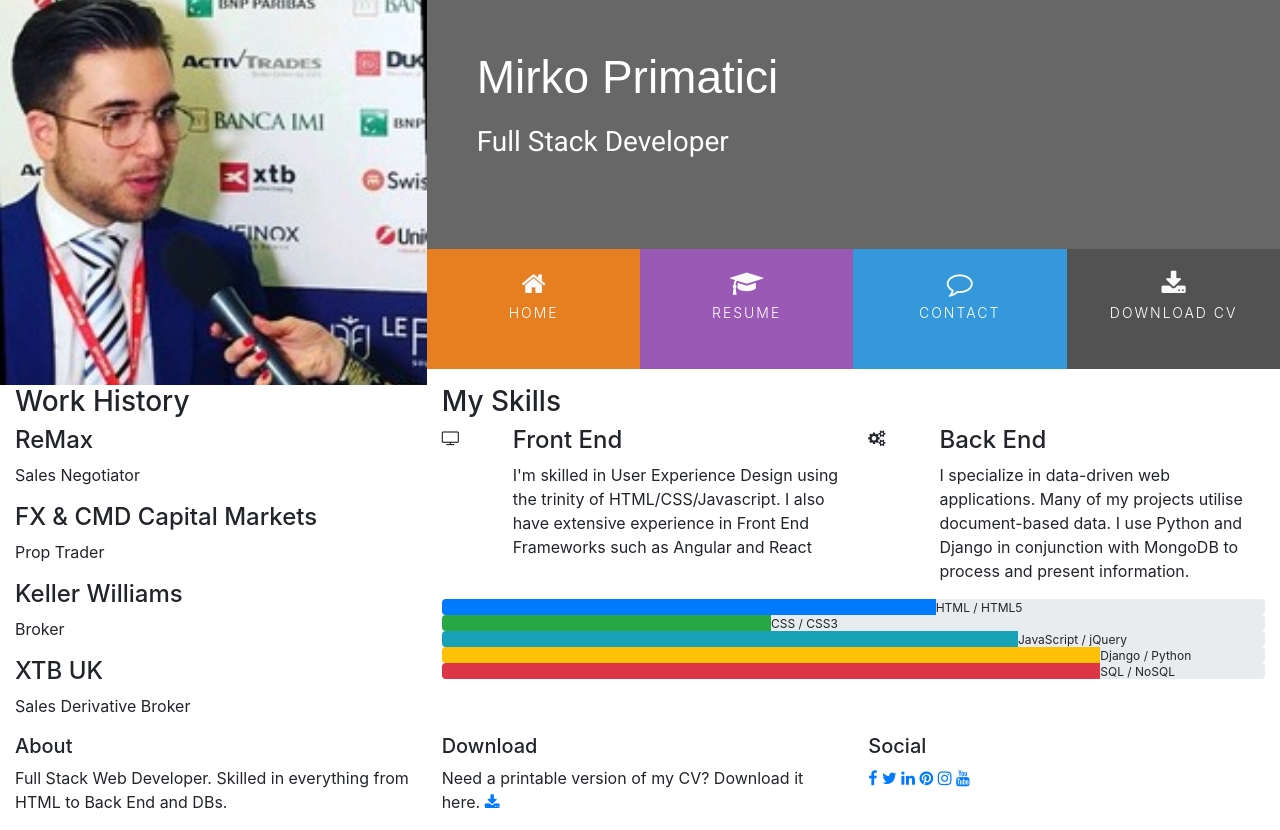
Repository: mirkoprimaticix/Resume
Page: resume.html
The author's editor kept a record of every edit. The page is drawn from the files as they stood at one moment, then again after the next edit.
The browser window is 1280 px wide. The pictures show the whole page.
Some web libraries are served in a nearby version.

Above is the page before.
Console error: TypeError: Cannot read properties of undefined (reading 'fn')

### resume.html
<!DOCTYPE html>
<html lang="en">
<head>
    <meta charset="UTF-8">
    <meta name="viewport" content="width=device-width, initial-scale=1.0">
    <meta http-equiv="X-UA-Compatible" content="ie=edge">
    <link rel="stylesheet" href="https://stackpath.bootstrapcdn.com/bootstrap/4.3.1/css/bootstrap.min.css" integrity="sha384-ggOyR0iXCbMQv3Xipma34MD+dH/1fQ784/j6cY/iJTQUOhcWr7x9JvoRxT2MZw1T" crossorigin="anonymous">
    <script src="https://stackpath.bootstrapcdn.com/bootstrap/4.3.1/js/bootstrap.min.js" integrity="sha384-JjSmVgyd0p3pXB1rRibZUAYoIIy6OrQ6VrjIEaFf/nJGzIxFDsf4x0xIM+B07jRM" crossorigin="anonymous"></script>
    <link rel="stylesheet" href="https://stackpath.bootstrapcdn.com/font-awesome/4.7.0/css/font-awesome.min.css" type="text/css" />
    <link rel="stylesheet" href="https://cdnjs.cloudflare.com/ajax/libs/hover.css/2.1.1/css/hover-min.css" type="text/css" />
    <link rel="stylesheet" href="assets/css/style.css" type="text/css" />
    <title>Mirko</title>
</head>
<body>
    <header>
        <div class = "row no-gutters">
            <a href="index.html" class = "col-md-4 logo">

            </a>
            <div class="col-md-8">
                <div class="row no-gutters bg-color-name-title">
                    <div class="col heading">
                        <h1 class="name">Mirko Primatici</h1>
                        <h2 class="title"> Full Stack Developer</h2>
                    </div>
                </div>
                <div class="row no-gutters">
                    <div class="col">
                        <ul id="nav" class="list-inline menucontainer">
                            <li class="col-6 col-sm-3 list-inline-item ui-menu-color-home menuitem">
                                <a href="#" class="hvr-sweep-to-bottom"><i class="fa fa-home" aria-hidden="true"></i><span>Home</span></a>
                            </li>
                            <li class="col-6 col-sm-3 list-inline-item ui-menu-color-resume menuitem">
                                <a href="#" class="hvr-sweep-to-bottom"><i class="fa fa-graduation-cap" aria-hidden="true"></i><span>Resume</span></a>
                            </li>
                            <li class="col-6 col-sm-3 list-inline-item ui-menu-color-contact menuitem">
                                <a href="#" class="hvr-sweep-to-bottom"><i class="fa fa-comment-o" aria-hidden="true"></i><span>Contact</span></a>
                            </li>
                            <li class="col-6 col-sm-3 list-inline-item ui-menu-color-download menuitem">
                                <a href="#" class="hvr-sweep-to-bottom"><i class="fa fa-download" aria-hidden="true"></i><span>Download CV</span></a>
                            </li>
                        </ul>
                    </div>
                </div>
            </div>
        </div>
    </header>
    <section class="container-fluid">
        <div class="row">
            <div class="col-md-4 bg-color-work-history section-column">
                <div class="row">
                    <div class="col-12">
                        <h3 class="history-heading uppercase">
                            Work History
                        </h3>
                    </div>
                </div>
                <div class="history-items">
                    <div class="timeline-item" data-dates="02/2015 - 04/2016">
                        <h4>ReMax</h4>
                        <p>Sales Negotiator</p>
                    </div>
                    <div class="timeline-item" data-dates="04/2016 - Present">
                        <h4>FX & CMD Capital Markets</h4>
                        <p>Prop Trader</p>
                    </div>
                    <div class="timeline-item" data-dates="08/2017 - 12/2018">
                        <h4>Keller Williams</h4>
                        <p>Broker</p>
                    </div>
                    <div class="timeline-item" data-dates="12/2018 - Present">
                        <h4>XTB UK</h4>
                        <p>Sales Derivative Broker</p>
                    </div>
                </div>
            </div>
            <div class="col-md-8 bg-color-three-reasons section-column">
                <div class="row">
                    <div class="col">
                        <h3 class="section-heading uppercase">My Skills</h3>
                    </div>
                </div>
                <div class="row">
                    <div class="col-10 offset-1 offset-sm-0 col-sm-4 col-md-6">
                        <div class="row">
                            <div class="col-2">
                                <i class="three-reasons-icon fa fa-tv" aria-hidden="true"></i>
                            </div>
                            <div class="col-10">
                                <h4 class="three-reasons-heading uppercase">Front End</h4>
                                <p>
                                    I'm skilled in User Experience Design using the trinity of HTML/CSS/Javascript. I also have extensive experience in Front End Frameworks such as Angular and React
                                </p>
                            </div>
                        </div>
                    </div>
                    <div class="col-10 offset-1 offset-sm-0 col-sm-4 col-md-6">
                        <div class="row">
                            <div class="col-2">
                                <i class="three-reasons-icon fa fa-gears" aria-hidden="true"></i>
                            </div>
                            <div class="col-10">
                                <h4 class="three-reasons-heading uppercase">Back End</h4>
                                <p>
                                    I specialize in data-driven web applications. Many of my projects utilise document-based data. I use Python and Django in conjunction with MongoDB to process and present information.
                                </p>
                            </div>
                        </div>
                    </div>
                </div>
                <div class="row progress-section">
                    <div class="col">
                        <div class="progress">
                            <div class="progress-bar" role="progressbar" aria-valuenow="60" aria-valuemin="0" aria-valuemax="100" style="width:60%;">
                                <span class="sr-only">60% complete</span>
                            </div>
                            <span class="progress-type">HTML / HTML5</span>
                        </div>
                        <div class="progress">
                            <div class="progress-bar bg-success" role="progressbar" aria-valuenow="40" aria-valuemin="0" aria-valuemax="100" style="width:40%;">
                                <span class="sr-only">40% complete</span>
                            </div>
                            <span class="progress-type">CSS / CSS3</span>
                        </div>
                        <div class="progress">
                            <div class="progress-bar bg-info" role="progressbar" aria-valuenow="50" aria-valuemin="0" aria-valuemax="100" style="width:70%;">
                                <span class="sr-only">50% complete</span>
                            </div>
                            <span class="progress-type">JavaScript / jQuery</span>
                        </div>
                        <div class="progress">
                            <div class="progress-bar bg-warning" role="progressbar" aria-valuenow="40" aria-valuemin="0" aria-valuemax="100" style="width:80%;">
                                <span class="sr-only">40% complete</span>
                            </div>
                            <span class="progress-type">Django / Python</span>
                        </div>
                        <div class="progress">
                            <div class="progress-bar bg-danger" role="progressbar" aria-valuenow="40" aria-valuemin="0" aria-valuemax="100" style="width:80%;">
                                <span class="sr-only">40% complete</span>
                            </div>
                            <span class="progress-type">SQL / NoSQL</span>
                        </div>
                    </div>
                </div>
            </div>
        </div>

    </section>
    <footer class="container-fluid">
        <div id="footer-details" class="row">
            <div class="col-sm-4">
                <h5 class="uppercase general-sub">About</h5>
                <p class="inline-block">
                    Full Stack Web Developer. Skilled in everything from HTML to Back End and DBs.
                </p>
            </div>
            <div class="col-sm-4">
                <h5 class="uppercase general-sub">Download</h5>
                <p class="inline-block">
                    Need a printable version of my CV? Download it here.
                    <a href="#" target="_blank" class="cv-pdf">
                        <i class="fa fa-download" aria-hidden="true"></i>
                        <span class="sr-only">Download link.</span>
                    </a>
                </p>
            </div>
            <div class="col-sm-4">
                <h5 class="uppercase general-sub">Social</h5>
                <ul class="list-inline social-links">
                    <li class="list-inline-item">
                        <a target="_blank" href="#">
                            <i class="fa fa-facebook" aria-hidden="true"></i>
                            <span class="sr-only">Facebook</span>
                        </a>
                    </li>
                    <li class="list-inline-item">
                        <a target="_blank" href="#">
                            <i class="fa fa-twitter" aria-hidden="true"></i>
                            <span class="sr-only">Twitter</span>
                        </a>
                    </li>
                    <li class="list-inline-item">
                        <a target="_blank" href="#">
                            <i class="fa fa-linkedin" aria-hidden="true"></i>
                            <span class="sr-only">LinkedIn</span>
                        </a>
                    </li>
                    <li class="list-inline-item">
                        <a target="_blank" href="#">
                            <i class="fa fa-pinterest" aria-hidden="true"></i>
                            <span class="sr-only">Pinterest</span>
                        </a>
                    </li>
                    <li class="list-inline-item">
                        <a target="_blank" href="#">
                            <i class="fa fa-instagram" aria-hidden="true"></i>
                            <span class="sr-only">Instagram</span>
                        </a>
                    </li>
                    <li class="list-inline-item">
                        <a target="_blank" href="#">
                            <i class="fa fa-youtube" aria-hidden="true"></i>
                            <span class="sr-only">YouTube</span>
                        </a>
                    </li>
                </ul>
            </div>
        </div>
    </footer>

</body>
</html>

### assets/css/style.css
@import url('https://fonts.googleapis.com/css?family=Roboto&display=swap:100,200,300,400,500,600,700|Exo:100,200,300,400,500,600,700');
/*---------------------------------COLORS*/
.bg-color-name-title {
    background-color: #676767;
}

.ui-menu-color-home {
    background-color: #e67e22;
}

.ui-menu-color-resume {
    background-color: #9b59b6;
}

.ui-menu-color-contact {
    background-color: #3498db;
}

.ui-menu-color-download {
    background-color: #525252;
}

/*--------------------------------------------Heading*/

header {
    margin: 0;
}

.heading {
    margin-left: 50px;
}

.logo {
    background: url("../images/mirkop.jpeg");
    background-position: center;
    background-repeat: no-repeat;
    background-size: cover;
    min-height: 360px;
    transition: all .5s ease-in-out;
    -moz-transition: all .5s ease-in-out;
    -webkit-transition: all .5s ease-in-out;
}

.name {
    font-family: "Exo", sans-serif;
    font-weight: 100;
    font-size: 46px;
    margin-top: 50px;
    color: #fff;
}

.title {
    font-family: "Roboto", sans-serif;
    font-weight: 200;
    font-size: 28px;
    margin-top: 20px;
    margin-bottom: 90px;
    color: #fff;
}

.list-inline-item:not(:last-child) {
    margin: 0;
}

.menucontainer {
    font-size: 0;
}

#nav li {
    font-size: 14px;
    padding: 0;
}

.menuitem {
    height: 120px;
    text-align: center;
    padding: 0;
}

.menuitem a {
    width: 100%;
    text-decoration: none;
    color: #fff;
    height: 120px;
}

.menuitem a i {
    padding-top: 22px;
    display: block;
    color: #fafafa;
    font-size: 26px;
}

.menuitem span {
    display: block;
    width: 100%;
    padding-top: 5px;
    text-align: center;
    text-transform: uppercase;
    font-size: 14px;
    font-weight: 300;
    letter-spacing: 2px;
}

After the next edit:
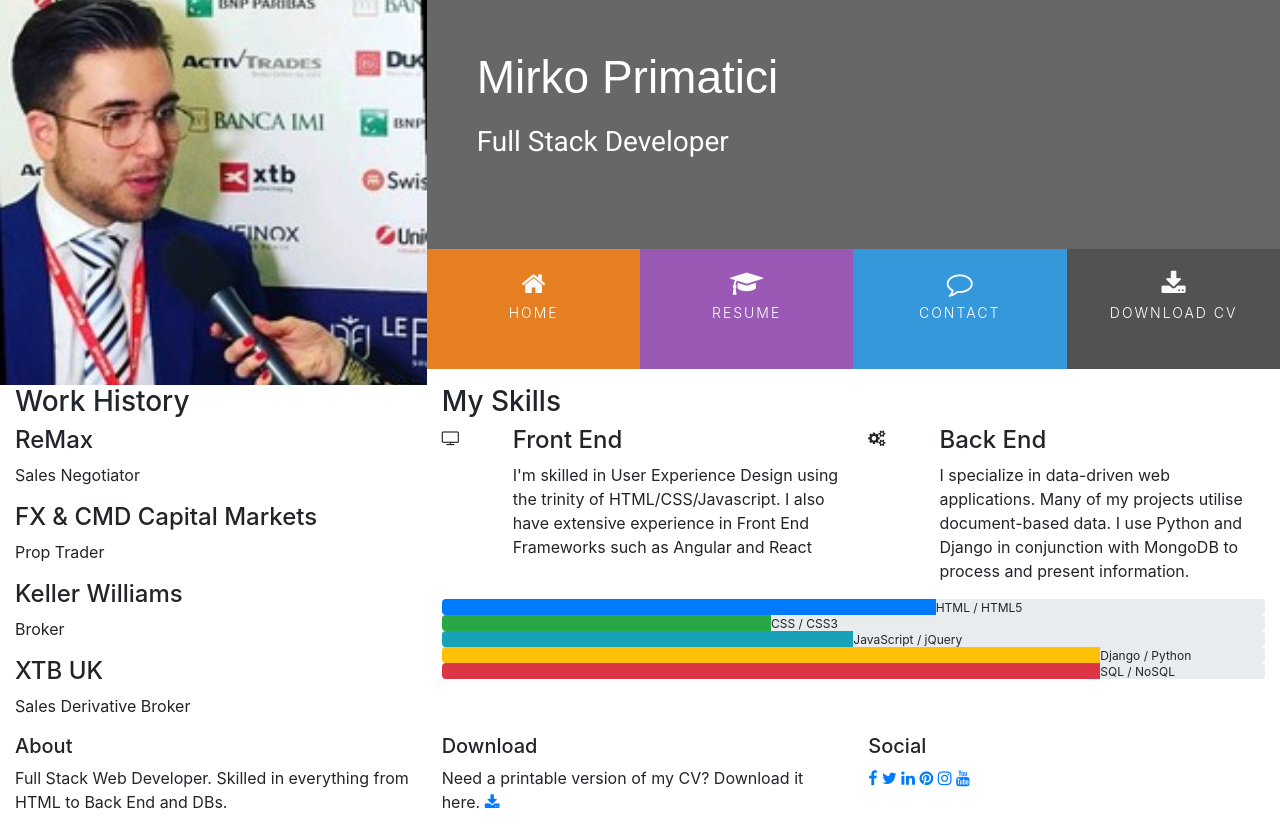
The edit:
--- a/resume.html
+++ b/resume.html
@@ -123,7 +123,7 @@
                             <span class="progress-type">CSS / CSS3</span>
                         </div>
                         <div class="progress">
-                            <div class="progress-bar bg-info" role="progressbar" aria-valuenow="50" aria-valuemin="0" aria-valuemax="100" style="width:70%;">
+                            <div class="progress-bar bg-info" role="progressbar" aria-valuenow="50" aria-valuemin="0" aria-valuemax="100" style="width:50%;">
                                 <span class="sr-only">50% complete</span>
                             </div>
                             <span class="progress-type">JavaScript / jQuery</span>
